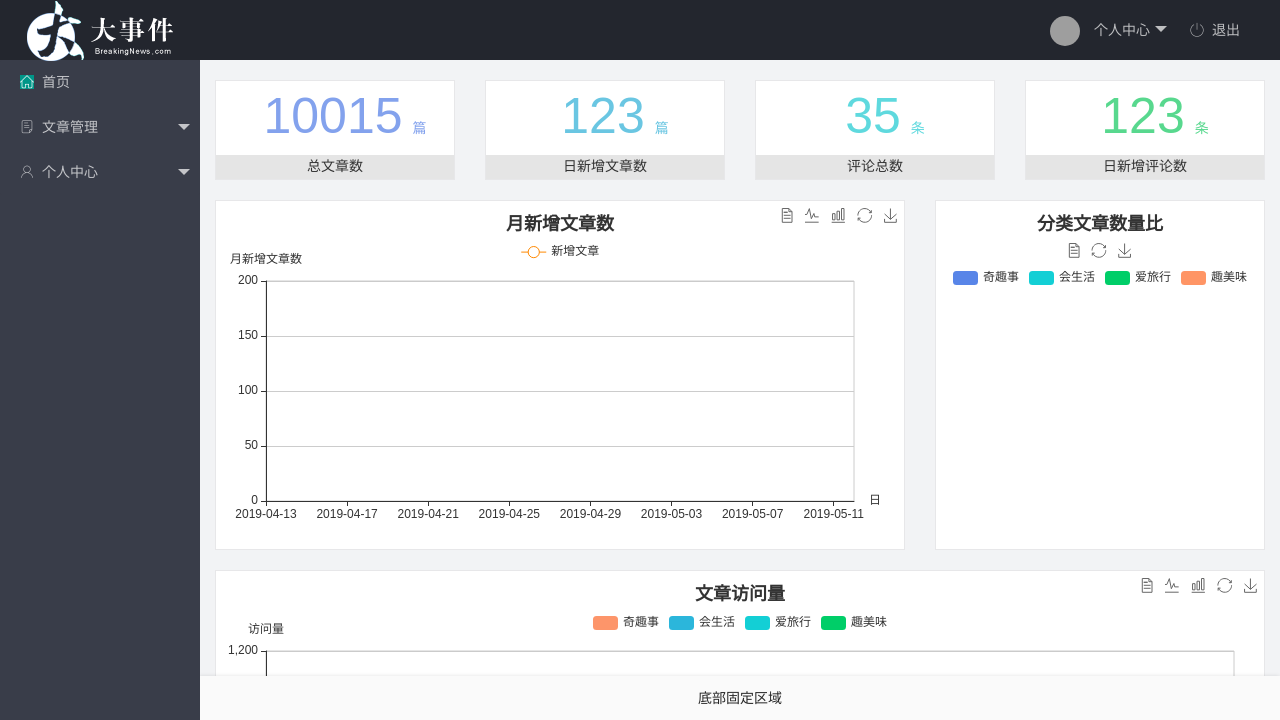
Repository: 1zhoukexin/web_aad
Page: index.html
These files come from the project's save history. The page is drawn as it stood at one moment and after the next save; the edit follows.
The browser window is 1280 px wide. The pictures show the whole page.
Pictures or frames that could not be fetched are drawn as grey boxes.

Above is the page before, as saved 2021-04-16 20:41:00.

After the next save:
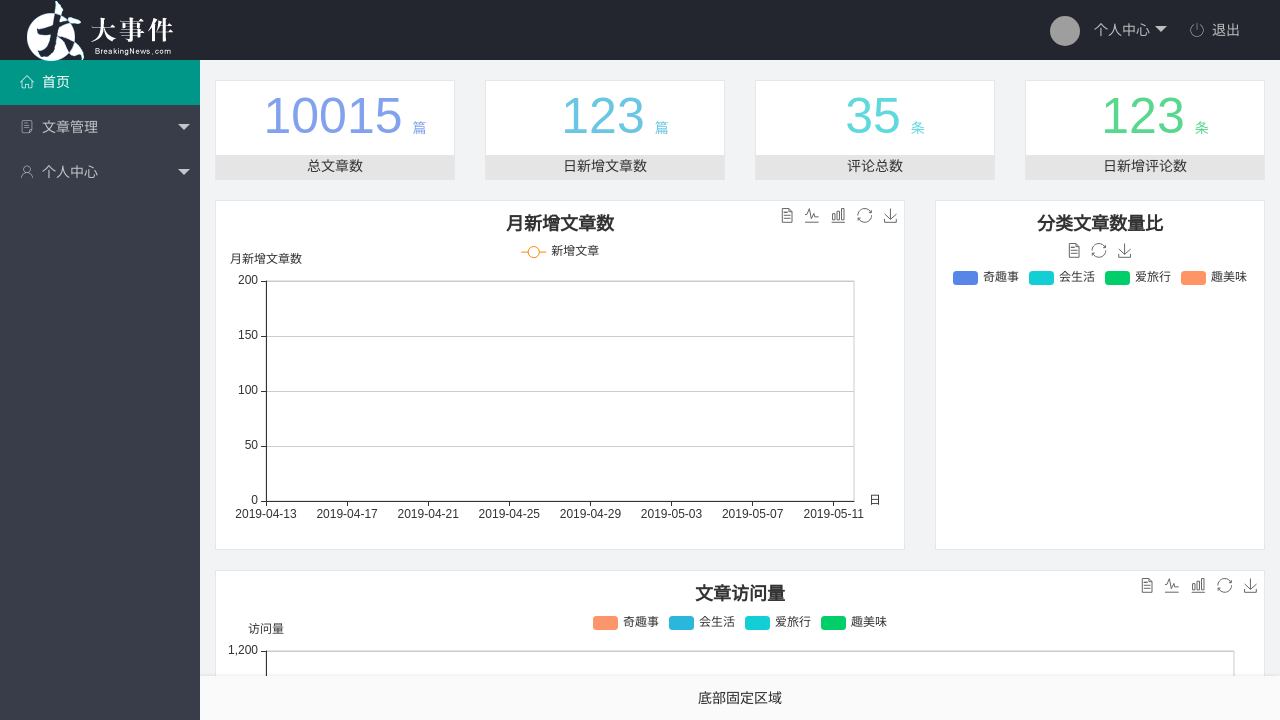
Saved 46 s later.
--- a/index.html
+++ b/index.html
@@ -42,9 +42,9 @@
             <div class="layui-side-scroll">
                 <!-- 左侧导航区域（可配合layui已有的垂直导航） -->
                 <ul class="layui-nav layui-nav-tree" lay-shrink="all">
-                    <li class="layui-nav-item">
+                    <li class="layui-nav-item layui-this">
                         <a href="/home/dashboard.html" target="fm">
-                            <span class="iconfont icon-home layui-this"></span>首页</a>
+                            <span class="iconfont icon-home "></span>首页</a>
                     </li>
                     <li class="layui-nav-item">
                         <a class="" href="javascript:;">
